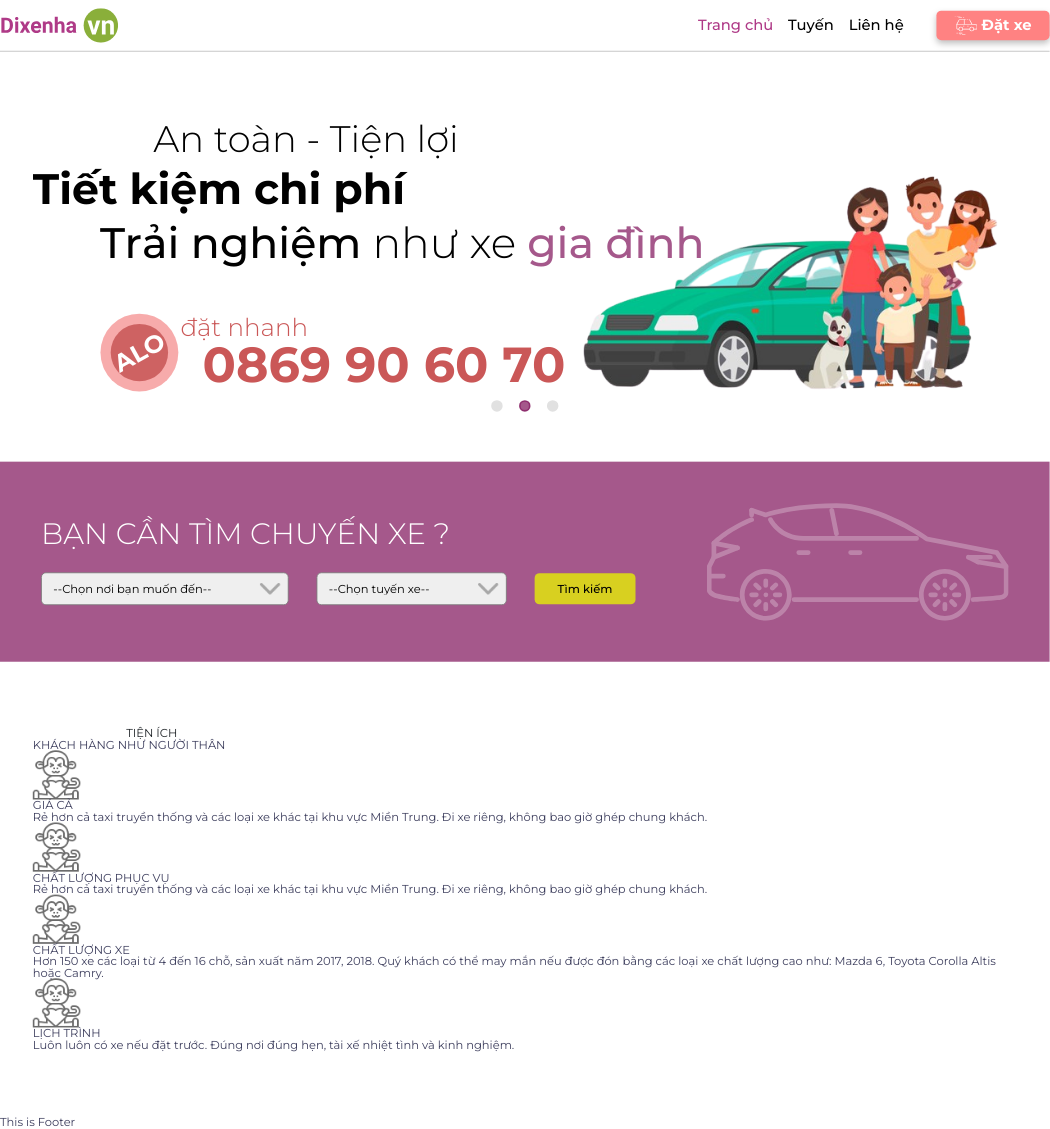
Repository: thanhthien0706/last_project--fe004
Page: lastProductF004/dist/index.html
The author's editor kept a copy of each file at every save. The page is drawn from the files as they stood at one save, then again after the next save.
The browser window is 1280 px wide. The pictures show the whole page, at 82% of full size.
Some web libraries are served in a nearby version. The style sheet was rebuilt from its Sass, Less or Tailwind sources for each picture, by a compiler version that may differ from the author's.

Above is the page before, as saved 2021-09-16 21:40:25.

### lastProductF004/dist/index.html
<html lang="vi">

<head>
  <!-- include head.html -->
  <title>Trang web cho thuê xe Đà Nẵng - Hội An</title>
<meta name="viewport" content="width=device-width, initial-scale=1, shrink-to-fit=no">
<meta http-equiv="Content-type" content="text/html;charset=UTF-8">

<!-- favicon -->
<link href="/images/favicon.ico" type="image/x-icon" rel="icon">
<!-- meta social -->
<meta name="twitter:card" content="" />
<meta name="twitter:site" content="" />
<meta name="twitter:creator" content="" />
<meta property="og:description" content="" />
<meta property="og:image" content="" />
<meta property="og:site_name" content="">
<meta property="og:title" content="" />
<meta property="og:type" content="">
<meta property="og:url" content="" />
<link rel="apple-touch-icon" sizes="180x180" href="/images/favicon/apple-touch-icon.png">
<link rel="icon" type="image/png" sizes="32x32" href="/images/favicon/favicon-32x32.png">
<link rel="icon" type="image/png" sizes="16x16" href="/images/favicon/favicon-16x16.png">

<link rel="manifest" href="/manifest.json">

<meta name="mobile-web-app-capable" content="yes">
<meta name="apple-mobile-web-app-capable" content="yes">
<meta name="application-name" content="Short name web app">
<meta name="apple-mobile-web-app-title" content="Short name web app">
<meta name="theme-color" content="#00a849">
<meta name="msapplication-navbutton-color" content="#00a849">
<meta name="apple-mobile-web-app-status-bar-style" content="black-translucent">
<meta name="msapplication-starturl" content="/">


  <!-- include styles.html -->
  <link href="https://fonts.googleapis.com/css?family=Roboto|Roboto+Condensed|Roboto+Mono|Roboto+Slab&display=swap"
    rel="stylesheet">
<link href="https://fonts.googleapis.com/icon?family=Material+Icons" rel="stylesheet">


<!-- boostrap -->
<link rel="stylesheet" href="https://stackpath.bootstrapcdn.com/bootstrap/4.4.1/css/bootstrap.min.css"
    integrity="sha384-Vkoo8x4CGsO3+Hhxv8T/Q5PaXtkKtu6ug5TOeNV6gBiFeWPGFN9MuhOf23Q9Ifjh" crossorigin="anonymous">
<link rel="stylesheet" href="https://use.fontawesome.com/releases/v5.8.2/css/all.css"
    integrity="sha384-oS3vJWv+0UjzBfQzYUhtDYW+Pj2yciDJxpsK1OYPAYjqT085Qq/1cq5FLXAZQ7Ay" crossorigin="anonymous">

<link rel="stylesheet" href="https://unpkg.com/swiper/swiper-bundle.css">
<link rel="stylesheet" href="https://unpkg.com/swiper/swiper-bundle.min.css">

<link href="https://unpkg.com/aos@2.3.1/dist/aos.css" rel="stylesheet">

<!-- build:css(.tmp) style/style.min.css -->
<!-- <link rel="stylesheet" type="text/css" media="screen" href="styles/main.scss"/> -->
<link rel="stylesheet" type="text/css" media="screen" href="css/main.css" />
<!-- endbuild -->
</head>

<body class="wrapper">
  <header class="main_header">
  <div class="container_edit">
    <div class="box_main_content">
      <div class="box_logo">
        <img src="../../images/logo.svg" alt="logo" class="img_logo">
      </div>
      <div class="box_main_menu">
        <ul class="lista_menu">
          <li class="item_list">
              <a href="#" class="active">Trang chủ</a>
          </li>
          <li class="item_list">
              <a href="#">Tuyến</a>
          </li>
          <li class="item_list">
              <a href="#">Liên hệ</a>
          </li>
        </ul>
        <a href="#" class="btn_dat_xe">
          <img src="images/icon/ic_car-1.svg" alt="">
          <span class="text">Đặt xe</span>
        </a>
      </div>
    </div>
  </div>

</header>

  <section>

    <section class="section_01">
      <div class="container_new_edit">
        <div class="box_main_slide">
          <!-- slide 1 -->
          <div class="box_content_slide">

            <div class="box_slogan">
              <p class="slogan_1">An toàn - Tiện lợi</p>
              <p class="slogan_2">Tiết kiệm chi phí</p>
              <p class="slogan_3"><span class="sp_slogan_1">Trải nghiệm</span> như xe <span class="sp_slogan_2">gia đình</span></p>
            </div>

            <div class="box_contact">
              <div class="box_icon">
                <div class="shape_1"></div>
                <div class="shape_2"></div>
                <p class="icon">ALO</p>
              </div>
              <div class="box_text">
                <p>đặt nhanh</p>
                <p class="sdt">
                  0869 90 60 70
                </p>
              </div>
            </div>

            <div class="box_img">
              <img src="images/bg/bg_image-1.png" alt="">
            </div>

          </div>

          <!-- slide 2 -->
          <div class="box_content_slide">

            <div class="box_slogan">
              <p class="slogan_1">An toàn - Tiện lợi</p>
              <p class="slogan_2">Tiết kiệm chi phí</p>
              <p class="slogan_3"><span class="sp_slogan_1">Trải nghiệm</span> như xe <span class="sp_slogan_2">gia đình</span></p>
            </div>

            <div class="box_contact">
              <div class="box_icon">
                <div class="shape_1"></div>
                <div class="shape_2"></div>
                <p class="icon">ALO</p>
              </div>
              <div class="box_text">
                <p>đặt nhanh</p>
                <p class="sdt">
                  0869 90 60 70
                </p>
              </div>
            </div>

            <div class="box_img">
              <img src="images/bg/bg_image-1.png" alt="">
            </div>

          </div>

          <!-- slide 3 -->
          <div class="box_content_slide">

            <div class="box_slogan">
              <p class="slogan_1">An toàn - Tiện lợi</p>
              <p class="slogan_2">Tiết kiệm chi phí</p>
              <p class="slogan_3"><span class="sp_slogan_1">Trải nghiệm</span> như xe <span class="sp_slogan_2">gia đình</span></p>
            </div>

            <div class="box_contact">
              <div class="box_icon">
                <div class="shape_1"></div>
                <div class="shape_2"></div>
                <p class="icon">ALO</p>
              </div>
              <div class="box_text">
                <p>đặt nhanh</p>
                <p class="sdt">
                  0869 90 60 70
                </p>
              </div>
            </div>

            <div class="box_img">
              <img src="images/bg/bg_image-1.png" alt="">
            </div>

          </div>

        </div>
      </div>
    </section>
    <section class="section_02">
      <div class="container_new_edit">
        <div class="row_edit">
          <div class="box_left">
            <p>BẠN CẦN TÌM CHUYẾN XE ?</p>
            <section class="section_list_sec">

              <div class="box_main--sec">
                <span class="arrow">
                  <img src="images/icon/ic_arrow--down.png" alt="">
                </span>
                <select name="" id="" class="select_main">
                  <option value="1">--Chọn nơi bạn muốn đến--</option>
                  <option value="1">Đà nẵng</option>
                  <option value="1">Nha Trang</option>
                  <option value="1">Huế</option>
                </select>
              </div>

              <div class="box_main--sec">
                <span class="arrow">
                  <img src="images/icon/ic_arrow--down.png" alt="">
                </span>
                <select name="" id="" class="select_main">
                  <option value="1">--Chọn tuyến xe--</option>
                  <option value="1">Tuyến 1</option>
                  <option value="1">Tuyến 2</option>
                  <option value="1">Tuyến 3</option>
                </select>
              </div>

              <a href="#" class="btn_search">Tìm kiếm</a>
            </section>
          </div>
          <div class="box_right">
            <img src="images/bg/bg_img-2.svg" alt="">
          </div>
        </div>
      </div>
    </section>
    <section class="section_03">
      <div class="container_new_edit">
        <div class="box_header">
          <span>TIỆN ÍCH</span>
          <h2>KHÁCH HÀNG NHƯ NGƯỜI THÂN</h2>
        </div>
        <div class="box_tien-ich_main">
          <div class="box_grid">
            <div class="item_grid">
              <div class="box_conten">
                <div class="box_logo">
                  <img src="images/icon/ic_monkey.png" alt="">
                </div>
                <div class="box_text--main">
                  <h2>GIÁ CẢ</h2>
                  <p>
                    Rẻ hơn cả taxi truyền thống và các loại xe khác tại khu vực Miền Trung.
                    Đi xe riêng, không bao giờ ghép chung khách.
                  </p>
                </div>
              </div>
            </div>
            <div class="item_grid">
              <div class="box_conten">
                <div class="box_logo">
                  <img src="images/icon/ic_monkey.png" alt="">
                </div>
                <div class="box_text--main">
                  <h2>CHẤT LƯỢNG PHỤC VỤ</h2>
                  <p>
                    Rẻ hơn cả taxi truyền thống và các loại xe khác tại khu vực Miền Trung.
                    Đi xe riêng, không bao giờ ghép chung khách.
                  </p>
                </div>
              </div>
            </div>
            <div class="item_grid">
              <div class="box_conten">
                <div class="box_logo">
                  <img src="images/icon/ic_monkey.png" alt="">
                </div>
                <div class="box_text--main">
                  <h2>CHẤT LƯỢNG XE</h2>
                  <p>
                    Hơn 150 xe các loại từ 4 đến 16 chỗ, sản xuất năm 2017, 2018.
                    Quý khách có thể may mắn nếu được đón bằng các loại xe chất lượng cao
                    như: Mazda 6, Toyota Corolla Altis hoặc Camry.
                  </p>
                </div>
              </div>
            </div>
            <div class="item_grid">
              <div class="box_conten">
                <div class="box_logo">
                  <img src="images/icon/ic_monkey.png" alt="">
                </div>
                <div class="box_text--main">
                  <h2>LỊCH TRÌNH</h2>
                  <p>
                    Luôn luôn có xe nếu đặt trước.
                    Đúng nơi đúng hẹn, tài xế nhiệt tình và kinh nghiệm.
                  </p>
                </div>
              </div>
            </div>
          </div>
        </div>
      </div>
    </section>

  </section>
  <footer class="main_footer">
        <h1>This is Footer</h1>
</footer>

  <!-- include scripts.html -->
  <!-- boostrap -->
<script src="https://ajax.googleapis.com/ajax/libs/jquery/3.4.1/jquery.min.js"></script>
<!-- <script src="https://code.jquery.com/jquery-3.3.1.slim.min.js"
        integrity="sha384-q8i/X+965DzO0rT7abK41JStQIAqVgRVzpbzo5smXKp4YfRvH+8abtTE1Pi6jizo"
        crossorigin="anonymous"></script> -->
<script src="https://cdnjs.cloudflare.com/ajax/libs/popper.js/1.14.7/umd/popper.min.js"
        integrity="sha384-UO2eT0CpHqdSJQ6hJty5KVphtPhzWj9WO1clHTMGa3JDZwrnQq4sF86dIHNDz0W1"
        crossorigin="anonymous"></script>
<script src="https://stackpath.bootstrapcdn.com/bootstrap/4.3.1/js/bootstrap.min.js"
        integrity="sha384-JjSmVgyd0p3pXB1rRibZUAYoIIy6OrQ6VrjIEaFf/nJGzIxFDsf4x0xIM+B07jRM"
        crossorigin="anonymous"></script>



<!-- build:js script/script.min.js -->
<script type="text/javascript" src="js/slick.js"></script>
<script type="text/javascript" src="js/script.js"></script>
<!-- endbuild -->

<script src="https://unpkg.com/aos@2.3.1/dist/aos.js"></script>
</body>

</html>

### lastProductF004/src/styles/main.scss
// ----------------------------------------------------------------------
// Font
// ----------------------------------------------------------------------
@import url('https://fonts.googleapis.com/css?family=Roboto:300,400,500,700,900&subset=vietnamese');
@import url('https://cdnjs.cloudflare.com/ajax/libs/font-awesome/5.15.1/css/all.min.css');
// ----------------------------------------------------------------------
// Base
// ----------------------------------------------------------------------
@import "base/reset";
@import "base/fonts";
@import "base/base";

// ----------------------------------------------------------------------
// Layout
// ----------------------------------------------------------------------
@import "layout/slick";
@import "layout/global";
@import "layout/keyframes";
@import "layout/header";
@import "layout/footer";

// ----------------------------------------------------------------------
// Pages
// ----------------------------------------------------------------------
@import "pages/homepage";

### lastProductF004/src/styles/base/_fonts.scss
@import url('https://fonts.googleapis.com/css2?family=Montserrat:wght@100;200;300;400;500;600;700;800;900&display=swap');
// font-family: 'Montserrat', sans-serif;

### lastProductF004/src/styles/layout/_keyframes.scss
@include keyframes(faderighttoleft) {
    from {
        opacity: 0;
        right: -50px;
    }

    to {
        opacity: 1;
        right: 0;
    }
}

@include keyframes(face_text_slide) {
    from {
        opacity: 0;
        top: 20px;
    }

    to {
        opacity: 1;
        top: 0;
    }
}
@include keyframes(showcar_home) {
    from {
        opacity: 0;
        visibility: hidden;
        bottom: -10px;
    }

    to {
        opacity: 1;
        visibility: visible;
        bottom: 0;
    }
}

@include keyframes(showcar) {
    from {
        opacity: 0;
        visibility: hidden;
        bottom: -10px;
    }

    to {
        opacity: 1;
        visibility: visible;
        bottom: -24px;
    }
}

@include keyframes(xoayphone) {
    0% {
        @include xoay(-45deg);
    }

    50% {
        @include xoay(25deg);
    }

    100% {
        @include xoay(0deg);
    }
}

@include keyframes(onloadtabs) {
    from {
        opacity: 0;
        visibility: hidden;
        left: -10px;
    }

    to {
        opacity: 1;
        visibility: visible;
        left: 0;
    }
}

@include keyframes(showhomecar) {
    from {
        opacity: 0;
        visibility: hidden;
        min-height: 0;
        bottom: -20px;
    }

    to {
        opacity: 1;
        visibility: visible;
        min-height: 240px;
        bottom: 0;
    }
}

### lastProductF004/src/styles/pages/_homepage.scss
html {
    scroll-behavior: smooth;
}

.container_new_edit{
    max-width: 1200px;
    width: 100%;
    margin: 0 auto;
}

.section_01{
    min-height:500px;
    padding: 83px 0;
    // width: 100%;
    .box_main_slide{
        .box_content_slide{
            position: relative;
            height: 334px;
            .box_slogan{
                position: absolute;
                top: 0;
                left: 0;
                .slogan_1{
                    @include font_size(45);
                    font-weight: 300;
                    color: #000;
                    margin-bottom: 14px;
                    margin-left: 147px;
                }
                .slogan_2{
                    @include font_size(52);
                    font-weight: bold;
                    color: #000;
                    margin-bottom: 14px;
                }
                .slogan_3{
                    @include font_size(52);
                    font-weight: 300;
                    color: #000;
                    margin-bottom: 14px;
                    margin-left: 82px;

                    .sp_slogan_1{
                        font-weight: 500;
                    }
                    .sp_slogan_2{
                        font-weight:500;
                        color: rgba(135, 32, 100, 0.75);
                    }
                }
            }
            .box_contact{
                position: absolute;
                display: flex;
                flex-direction: row;
                align-items: center;
                bottom: 5;
                left: 130px;
                .box_icon{
                    position: relative;
                    .shape_1{
                        position: absolute;
                        width: 95px;
                        height: 95px;
                        background-color:  rgba(245, 151, 151, 0.8);
                        top: 50%;
                        left: 50%;
                        transform: translate(-50%,-50%);
                        border-radius: 50%;
                    }
                    .shape_2{
                        position: absolute;
                        width: 70px;
                        height: 70px;
                        background-color: rgba(197, 81, 81, 0.8);
                        top: 50%;
                        left: 50%;
                        transform: translate(-50%,-50%);
                        border-radius: 50%;
                    }
                    p{
                        @include font_size(30);
                        font-weight: bold;
                        color: #fff;
                        text-align: center;
                        position: absolute;
                        top: 50%;
                        left: 50%;
                        transform: translate(-50%, -50%) rotate(-29deg);
                    }
                }

                .box_text{
                    margin-left: 50px;
                    p{
                        @include font_size(30);
                        font-weight: 300;
                        color: #CA5757;;
                    }
                    .sdt{
                        @include font_size(60);
                        font-weight: bold;
                        margin-left: 27px;
                    }
                }
            }
            .box_img{
                position: absolute;
                right: -44px;
                bottom: -54px;
                img{
                    width: auto;
                    height: 365px;
                    object-fit: cover;
                }
            }
        }
        .slick-dots{
            position: absolute;
            bottom: -22px;
            left: 0;
            right: 0;
            display: flex;
            flex-direction: row;
            align-items: center;
            justify-content: center;
            @include maxWidth(480px) {
                bottom: 30px;
            }
            li {
                margin-right: 20px;

                button {
                  height: 14px;
                  width: 14px;
                  background: #e1e1e1;
                  text-indent: -9999px;
                  display: block;
                  border: 2px solid #e1e1e1;
                  border-radius: 50%;
                  padding: 0;
                  outline: none
                }

                &:last-child {
                  margin-right: 0;
                }

                &.slick-active {
                  button {
                    border: 2px solid rgba(135, 32, 100, 0.75);
                    background-color: rgba(135, 32, 100, 0.75);
                  }
                }
              }
        }
    }
}

.section_02{
    padding: 50px;
    background-color:  rgba(135, 32, 100, 0.75);
    .row_edit{
        display: flex;
        flex-direction: row;
        justify-content: space-between;
        align-items: center;
        .box_left{
            p{
                @include font_size(36);
                font-weight: 300;
                color: #fff;
                margin-bottom: 30px;
            }
            .section_list_sec{
                display: flex;
                flex-direction: row;
                justify-content: space-between;
                align-items: center;
                .box_main--sec{
                    position: relative;
                    margin-right: 34px;
                    .arrow{
                        position: absolute;
                        top: 50% ;
                        right: 10px;
                        transform: translateY(-50%);
                        pointer-events: none;
                        img{
                            width: auto;
                            height: 14px;
                            object-fit: cover;
                        }
                    }
                    .select_main{
                        padding: 12px 94px 12px 13px;
                        border-radius: 6px;
                        outline:none;
                    }
                }

                .btn_search{
                    padding: 12px 28px;
                    border-radius: 6px;
                    color: #000;
                    @include font_size(14);
                    background-color: #D8D020;
                    text-decoration: none;
                    font-weight: 500;
                    transition: 0.5s;
                    &:hover{
                        opacity: 0.8;

                    }
                }
            }
        }
        .box_right{
            img{
                width: 100%;
                height:144px;
            }
        }
    }
}

.section_03{
    padding: 80px 0;
    .box_header{
        display: flex;
        flex-direction: column;
        // align-items: center;
        justify-content:center;
        span{
            padding: 0 114px;
        }
    }
}

Loaded but not shown: lastProductF004/dist/js/slick.js (library); lastProductF004/src/styles/base/_reset.scss (common file); lastProductF004/src/styles/layout/_slick.scss (common file); lastProductF004/dist/js/script.js (13 lines, source omitted); lastProductF004/src/styles/base/_base.scss (976 lines, source omitted); lastProductF004/src/styles/layout/_global.scss (187 lines, source omitted); lastProductF004/src/styles/layout/_header.scss (79 lines, source omitted); lastProductF004/src/styles/layout/_footer.scss (no stored copy; drawn as an empty file)

After the next save:
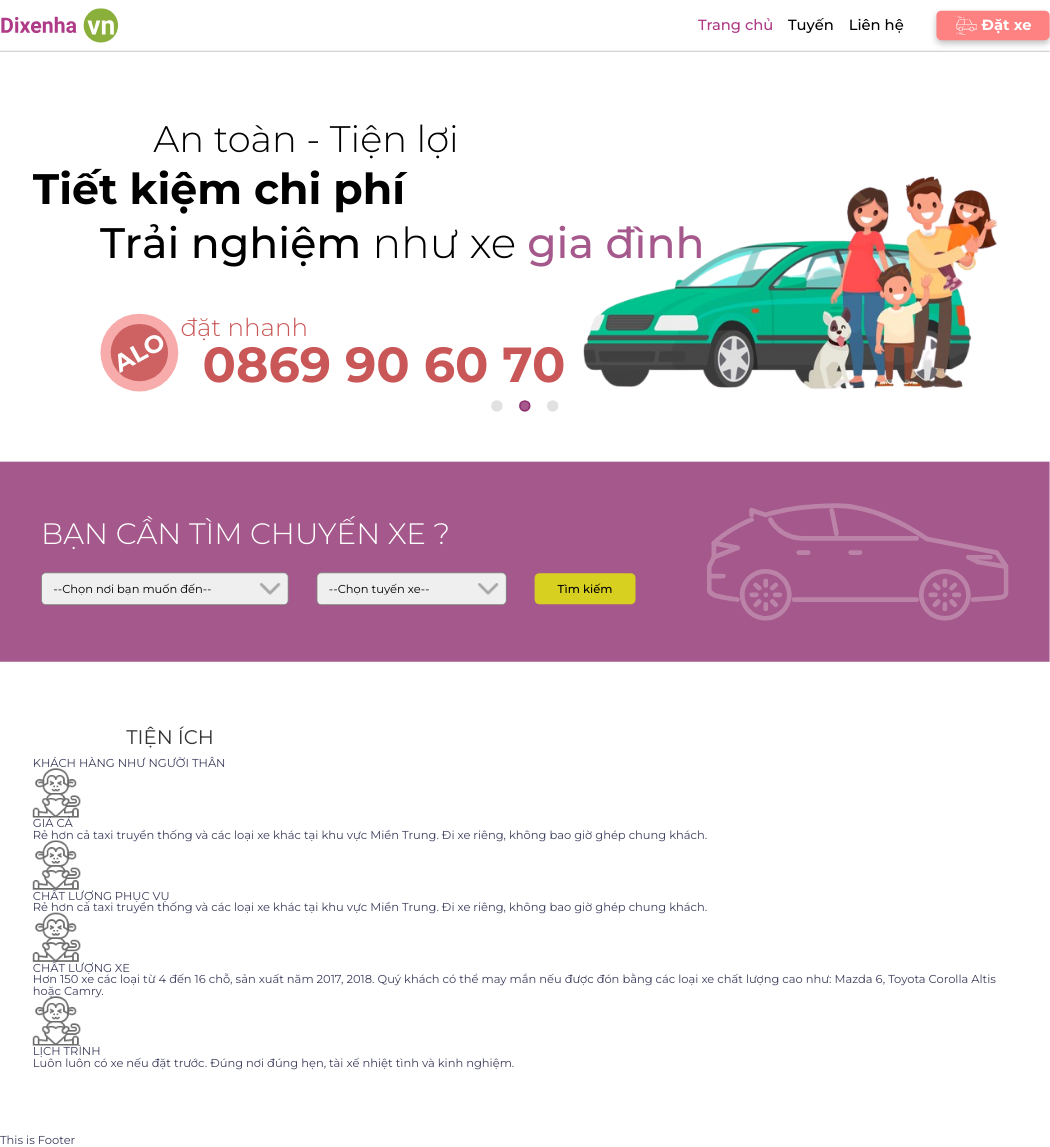
Saved 35 s later.
--- a/lastProductF004/src/styles/pages/_homepage.scss
+++ b/lastProductF004/src/styles/pages/_homepage.scss
@@ -233,6 +233,9 @@ html {
         justify-content:center;
         span{
             padding: 0 114px;
+            color: #333333;
+            margin-bottom:12px;
+            @include font_size(24);
         }
     }
 }
